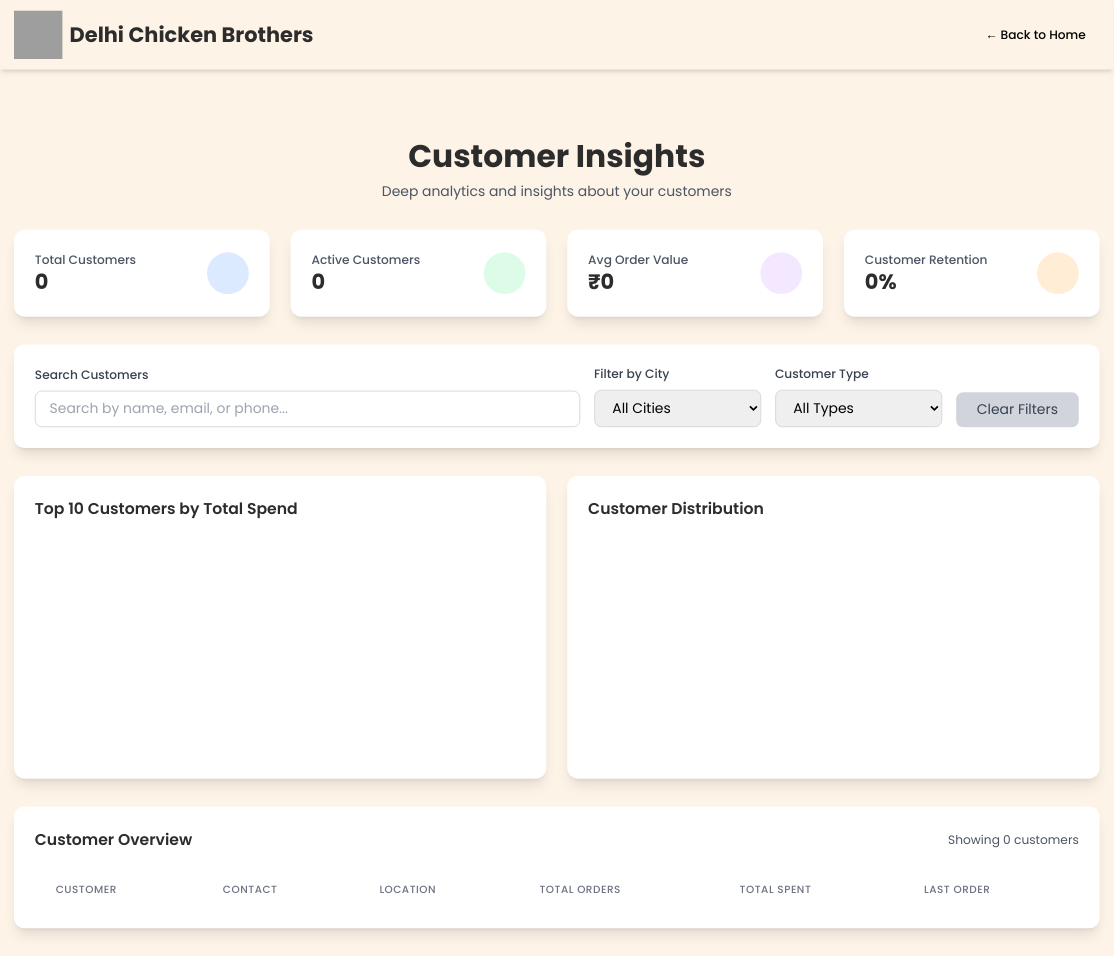
Repository: roydigital/dcb_pos_final
Page: customers.html
The author's editor kept a copy of each file at every save. The page is drawn from the files as they stood at one save, then again after a run of saves.
The browser window is 1280 px wide. The pictures show the whole page, at 87% of full size.
Pictures or frames that could not be fetched are drawn as grey boxes. Some web libraries are served in a nearby version.

Above is the page before, as saved 2025-10-13 16:50:20.

### customers.html
<!DOCTYPE html>
<html lang="en">
<head>
    <meta charset="UTF-8">
    <meta name="viewport" content="width=device-width, initial-scale=1.0">
    <title>Customer Insights - Delhi Chicken Brothers</title>
    <script src="https://cdn.tailwindcss.com"></script>
    <link rel="preconnect" href="https://fonts.googleapis.com">
    <link rel="preconnect" href="https://fonts.gstatic.com" crossorigin>
    <link href="https://fonts.googleapis.com/css2?family=Poppins:wght@400;500;600;700&family=Roboto:wght@400;500;700&display=swap" rel="stylesheet">
    <script src="https://unpkg.com/lucide@latest"></script>
    <script src="https://cdn.jsdelivr.net/npm/chart.js"></script>
    <style>
        body {
            font-family: 'Poppins', 'Roboto', sans-serif;
            background-color: #FDF3E7;
        }
        :root {
            --brand-red: #D12727;
            --brand-dark: #2C2C2C;
            --brand-cream: #FDF3E7;
            --brand-light-cream: #FFFBF5;
        }
        .bg-brand-red { background-color: var(--brand-red); }
        .text-brand-red { color: var(--brand-red); }
        .border-brand-red { border-color: var(--brand-red); }
        .bg-brand-dark { background-color: var(--brand-dark); }
        .text-brand-dark { color: var(--brand-dark); }
        .bg-brand-cream { background-color: var(--brand-cream); }
        .text-brand-cream { color: var(--brand-cream); }
        .bg-brand-light-cream { background-color: var(--brand-light-cream); }

        /* Custom scrollbar */
        ::-webkit-scrollbar {
            width: 8px;
        }
        ::-webkit-scrollbar-track {
            background: var(--brand-cream);
        }
        ::-webkit-scrollbar-thumb {
            background: var(--brand-red);
            border-radius: 10px;
        }
        ::-webkit-scrollbar-thumb:hover {
            background: #a81f1f;
        }

        .customer-card {
            transition: all 0.3s ease;
        }
        .customer-card:hover {
            transform: translateY(-2px);
            box-shadow: 0 10px 25px -5px rgba(0, 0, 0, 0.1);
        }

        .fade-in {
            animation: fadeIn 0.5s ease-in;
        }

        @keyframes fadeIn {
            from { opacity: 0; transform: translateY(10px); }
            to { opacity: 1; transform: translateY(0); }
        }

        .loading {
            opacity: 0.6;
            pointer-events: none;
        }

        /* Badge styles */
        .badge-new { background-color: #10B981; color: white; }
        .badge-returning { background-color: #3B82F6; color: white; }
        .badge-frequent { background-color: #8B5CF6; color: white; }
        .badge-high-value { background-color: #F59E0B; color: white; }
        .badge-inactive { background-color: #6B7280; color: white; }

        /* Drawer animations */
        .drawer-enter {
            transform: translateX(100%);
        }
        .drawer-enter-active {
            transform: translateX(0);
            transition: transform 0.3s ease-out;
        }
        .drawer-exit {
            transform: translateX(0);
        }
        .drawer-exit-active {
            transform: translateX(100%);
            transition: transform 0.3s ease-in;
        }
    </style>
</head>
<body class="min-h-screen flex flex-col">
    <!-- Header -->
    <header class="bg-brand-cream sticky top-0 z-40 shadow-md" style="background-color: #FDF3E7 !important;">
        <div class="container mx-auto px-4 py-3 flex justify-between items-center">
            <a href="index.html" class="flex items-center gap-2">
                <img src="https://dcbchicken.com/images/logo.png" alt="Delhi Chicken Brothers Logo" class="h-12 w-12 md:h-14 md:w-14">
                <span class="text-xl md:text-2xl font-bold text-brand-dark hidden sm:block">Delhi Chicken Brothers</span>
            </a>
            <div class="flex items-center gap-4">
                <a href="index.html" class="text-sm font-medium hover:text-brand-red transition-colors">← Back to Home</a>
                <div id="auth-container"></div>
            </div>
        </div>
    </header>

    <!-- Main Content -->
    <main class="container mx-auto px-4 pt-20 pb-8 flex-grow">
        <!-- Page Header -->
        <div class="text-center mb-8">
            <h1 class="text-3xl md:text-4xl font-bold text-brand-dark mb-2">Customer Insights</h1>
            <p class="text-gray-600">Deep analytics and insights about your customers</p>
        </div>

        <!-- Quick Stats Cards -->
        <div class="grid grid-cols-1 md:grid-cols-2 lg:grid-cols-4 gap-6 mb-8">
            <div class="bg-white rounded-xl shadow-lg p-6 customer-card">
                <div class="flex items-center justify-between">
                    <div>
                        <p class="text-sm font-medium text-gray-600">Total Customers</p>
                        <p id="total-customers" class="text-2xl font-bold text-brand-dark">0</p>
                    </div>
                    <div class="w-12 h-12 bg-blue-100 rounded-full flex items-center justify-center">
                        <i data-lucide="users" class="h-6 w-6 text-blue-600"></i>
                    </div>
                </div>
            </div>

            <div class="bg-white rounded-xl shadow-lg p-6 customer-card">
                <div class="flex items-center justify-between">
                    <div>
                        <p class="text-sm font-medium text-gray-600">Active Customers</p>
                        <p id="active-customers" class="text-2xl font-bold text-brand-dark">0</p>
                    </div>
                    <div class="w-12 h-12 bg-green-100 rounded-full flex items-center justify-center">
                        <i data-lucide="user-check" class="h-6 w-6 text-green-600"></i>
                    </div>
                </div>
            </div>

            <div class="bg-white rounded-xl shadow-lg p-6 customer-card">
                <div class="flex items-center justify-between">
                    <div>
                        <p class="text-sm font-medium text-gray-600">Avg Order Value</p>
                        <p id="avg-order-value" class="text-2xl font-bold text-brand-dark">₹0</p>
                    </div>
                    <div class="w-12 h-12 bg-purple-100 rounded-full flex items-center justify-center">
                        <i data-lucide="trending-up" class="h-6 w-6 text-purple-600"></i>
                    </div>
                </div>
            </div>

            <div class="bg-white rounded-xl shadow-lg p-6 customer-card">
                <div class="flex items-center justify-between">
                    <div>
                        <p class="text-sm font-medium text-gray-600">Customer Retention</p>
                        <p id="retention-rate" class="text-2xl font-bold text-brand-dark">0%</p>
                    </div>
                    <div class="w-12 h-12 bg-orange-100 rounded-full flex items-center justify-center">
                        <i data-lucide="repeat" class="h-6 w-6 text-orange-600"></i>
                    </div>
                </div>
            </div>
        </div>

        <!-- Filters and Search -->
        <div class="bg-white rounded-xl shadow-lg p-6 mb-8 customer-card">
            <div class="flex flex-wrap gap-4 items-end">
                <div class="flex-1 min-w-[300px]">
                    <label class="block text-sm font-medium text-gray-700 mb-2">Search Customers</label>
                    <input type="text" id="search-input" placeholder="Search by name, email, or phone..."
                        class="w-full px-4 py-2 border border-gray-300 rounded-lg focus:outline-none focus:ring-2 focus:ring-brand-red focus:border-brand-red">
                </div>

                <div>
                    <label class="block text-sm font-medium text-gray-700 mb-2">Filter by City</label>
                    <select id="city-filter" class="w-48 px-4 py-2 border border-gray-300 rounded-lg focus:outline-none focus:ring-2 focus:ring-brand-red focus:border-brand-red">
                        <option value="">All Cities</option>
                    </select>
                </div>

                <div>
                    <label class="block text-sm font-medium text-gray-700 mb-2">Customer Type</label>
                    <select id="type-filter" class="w-48 px-4 py-2 border border-gray-300 rounded-lg focus:outline-none focus:ring-2 focus:ring-brand-red focus:border-brand-red">
                        <option value="">All Types</option>
                        <option value="new">New Customers</option>
                        <option value="returning">Returning Customers</option>
                        <option value="frequent">Frequent Customers</option>
                        <option value="high-value">High-Value Customers</option>
                        <option value="inactive">Inactive Customers</option>
                    </select>
                </div>

                <button id="clear-filters" class="bg-gray-300 text-gray-700 px-6 py-2 rounded-lg hover:bg-gray-400 transition-colors">
                    Clear Filters
                </button>
            </div>
        </div>

        <!-- Analytics Charts Section -->
        <div class="grid grid-cols-1 lg:grid-cols-2 gap-6 mb-8">
            <!-- Top Customers Chart -->
            <div class="bg-white rounded-xl shadow-lg p-6 customer-card">
                <h3 class="text-lg font-semibold text-brand-dark mb-4">Top 10 Customers by Total Spend</h3>
                <div class="h-64">
                    <canvas id="top-customers-chart"></canvas>
                </div>
            </div>

            <!-- Customer Distribution Chart -->
            <div class="bg-white rounded-xl shadow-lg p-6 customer-card">
                <h3 class="text-lg font-semibold text-brand-dark mb-4">Customer Distribution</h3>
                <div class="h-64">
                    <canvas id="customer-distribution-chart"></canvas>
                </div>
            </div>
        </div>

        <!-- Customer Overview Table -->
        <div class="bg-white rounded-xl shadow-lg p-6 customer-card">
            <div class="flex justify-between items-center mb-6">
                <h3 class="text-lg font-semibold text-brand-dark">Customer Overview</h3>
                <div class="text-sm text-gray-600" id="customer-count">Showing 0 customers</div>
            </div>

            <div class="overflow-x-auto">
                <table class="min-w-full divide-y divide-gray-200">
                    <thead>
                        <tr>
                            <th class="px-6 py-3 text-left text-xs font-medium text-gray-500 uppercase tracking-wider">Customer</th>
                            <th class="px-6 py-3 text-left text-xs font-medium text-gray-500 uppercase tracking-wider">Contact</th>
                            <th class="px-6 py-3 text-left text-xs font-medium text-gray-500 uppercase tracking-wider">Location</th>
                            <th class="px-6 py-3 text-left text-xs font-medium text-gray-500 uppercase tracking-wider">Total Orders</th>
                            <th class="px-6 py-3 text-left text-xs font-medium text-gray-500 uppercase tracking-wider">Total Spent</th>
                            <th class="px-6 py-3 text-left text-xs font-medium text-gray-500 uppercase tracking-wider">Last Order</th>

After the next 2 saves:
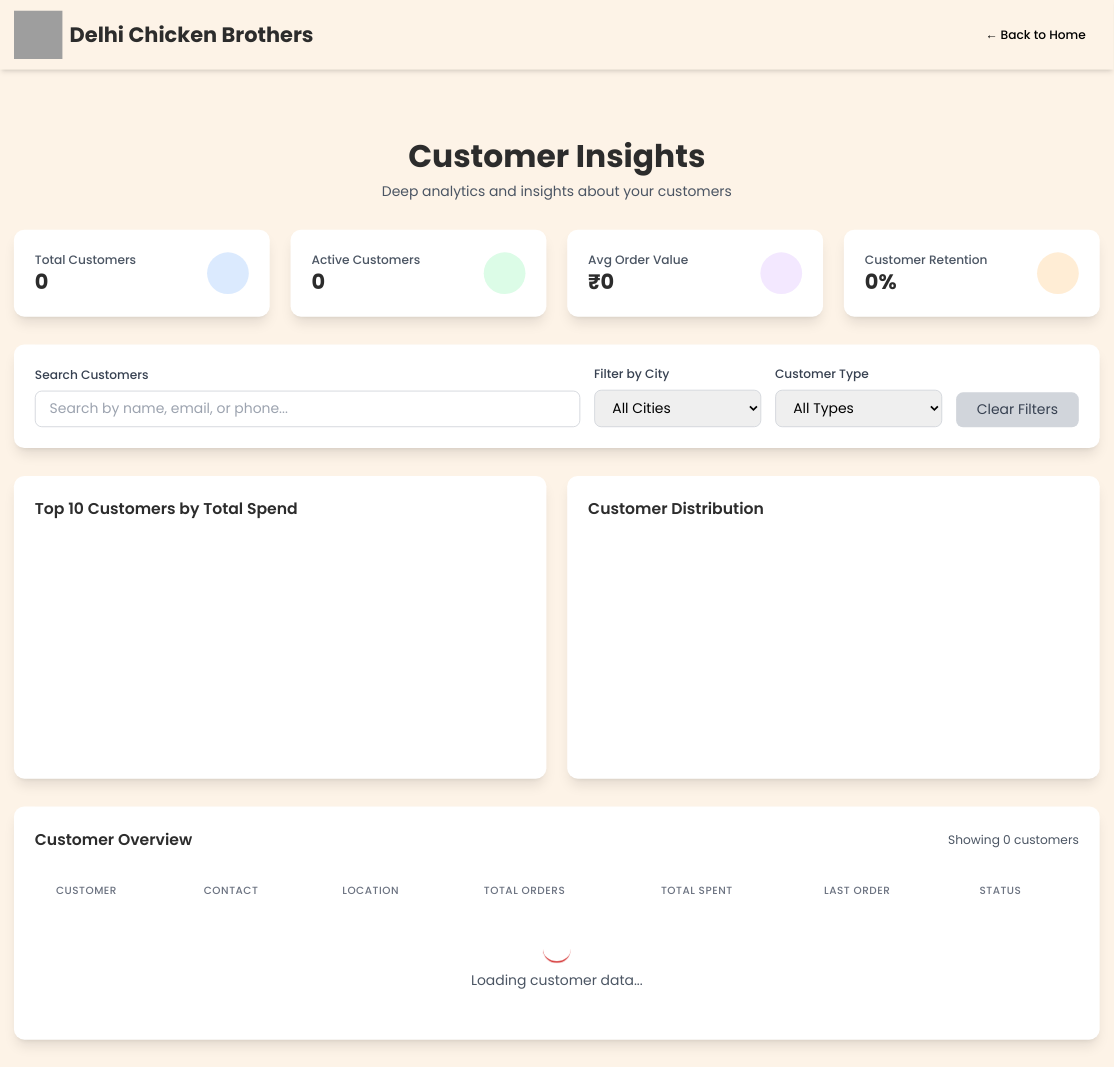
The 2 saves are shown as one change because they came seconds apart.
The last was saved 7 s later.
--- a/customers.html
+++ b/customers.html
@@ -235,3 +235,20 @@
                             <th class="px-6 py-3 text-left text-xs font-medium text-gray-500 uppercase tracking-wider">Total Orders</th>
                             <th class="px-6 py-3 text-left text-xs font-medium text-gray-500 uppercase tracking-wider">Total Spent</th>
                             <th class="px-6 py-3 text-left text-xs font-medium text-gray-500 uppercase tracking-wider">Last Order</th>
+                            <th class="px-6 py-3 text-left text-xs font-medium text-gray-500 uppercase tracking-wider">Status</th>
+                        </tr>
+                    </thead>
+                    <tbody id="customers-table-body" class="bg-white divide-y divide-gray-200">
+                        <!-- Customer data will be populated here -->
+                    </tbody>
+                </table>
+            </div>
+
+            <!-- Loading State -->
+            <div id="table-loading" class="text-center py-8">
+                <div class="animate-spin rounded-full h-8 w-8 border-b-2 border-brand-red mx-auto mb-2"></div>
+                <p class="text-gray-600">Loading customer data...</p>
+            </div>
+
+            <!-- No Results State -->
+            <div id="no-results" class="text-center py-8 hidden">
